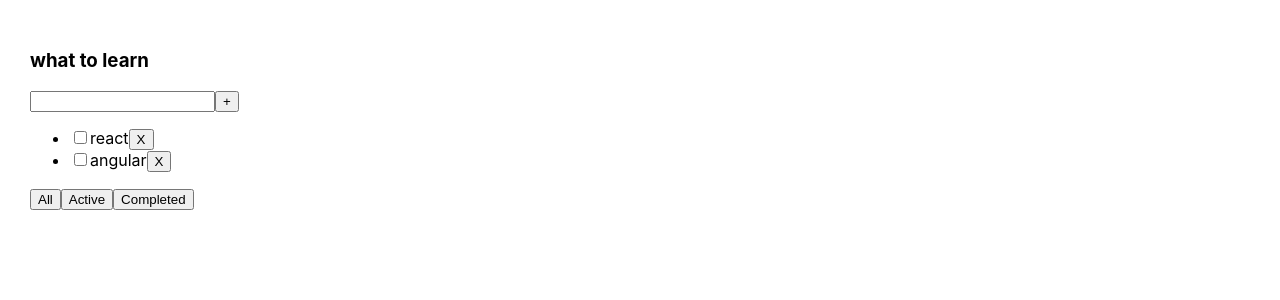
Repository: Grid-Master/myTrello
Page: /
The author's editor kept a copy of each file at every save. The page is drawn from the files as they stood at one save, then again after the next save.
The browser window is 1280 px wide. The pictures show the whole page.
The project was rebuilt for these pictures with package versions that can differ from the ones it lists, and the page was loaded fresh each time.

Above is the page before, as saved 2023-03-17 21:17:06.

After the next save:
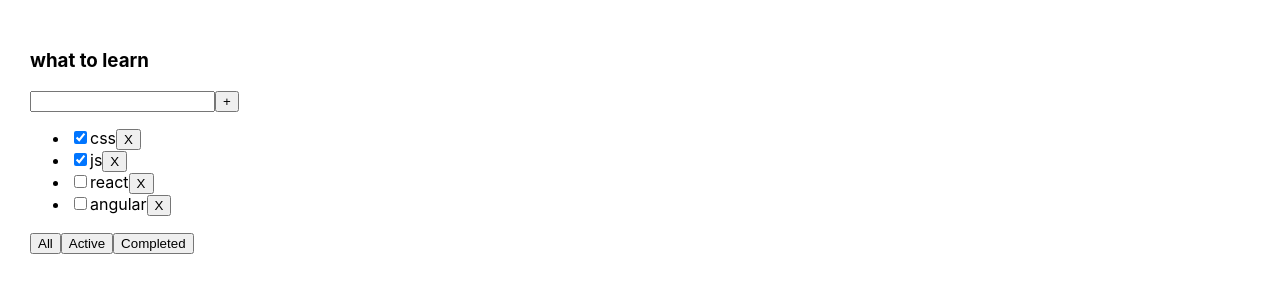
Saved 52 s later.
--- a/src/App.tsx
+++ b/src/App.tsx
@@ -47,7 +47,7 @@ const initTasks = [
 
 function App() {
   const [tasks, setTasks] = useState<Array<taskType>>(initTasks)
-  const [filter, setFilter] = useState<FilterValuesType>('active')
+  const [filter, setFilter] = useState<FilterValuesType>('all')
 
 
   const removeTask = (id: string) => {
